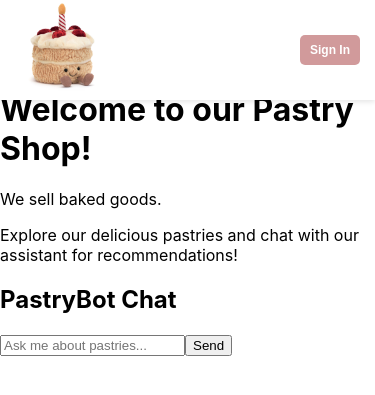
Repository: agrnerd17/Website-Chatbot
Page: / (app in pastry-chatbot/)
The author's editor kept a copy of each file at every save. The page is drawn from the files as they stood at one save, then again after the next save.
The browser window is 375 px wide. The pictures show the whole page.
The project was rebuilt for these pictures with package versions that can differ from the ones it lists, and the page was loaded fresh each time. Also part of the build but not shown: pastry-chatbot/src/styles/Chatbot.css.

Above is the page before, as saved 2024-12-08 14:27:32.

After the next save:
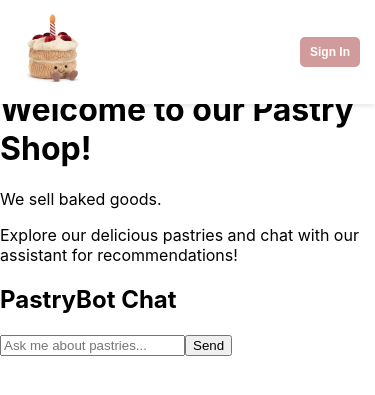
Saved 2 min 55 s later.
--- a/pastry-chatbot/src/styles/Navbar.css
+++ b/pastry-chatbot/src/styles/Navbar.css
@@ -1,6 +1,6 @@
 /* Navbar container */
 .navbar {
-    height: 100px;
+    min-height: 100px; /* Allow flexibility for taller logos */
     display: flex;
     justify-content: space-between;
     align-items: center;
@@ -13,43 +13,45 @@
     z-index: 1000;
     box-sizing: border-box;
     overflow: hidden;
-  }
+}
 
-  /* Logo styling */
-  .navbar-logo img {
+/* Logo styling */
+.navbar-logo img {
     height: 80px;
     width: auto;
-  }
+    max-height: 100%; /* Prevent the logo from exceeding the navbar height */
+    object-fit: contain; /* Ensure the logo scales correctly */
+}
 
-  /* Menu styling */
-  .navbar-menu {
+/* Menu styling */
+.navbar-menu {
     display: flex;
     gap: 30px;
     list-style: none;
     margin: 0;
     padding: 0;
-  }
+}
 
-  .navbar-menu li {
+.navbar-menu li {
     font-size: 16px;
     font-weight: 600;
     color: #333333;
     cursor: pointer;
     transition: color 0.3s;
-  }
+}
 
-  .navbar-menu li:hover {
+.navbar-menu li:hover {
     color: #d19a9b; /* Light pink color */
-  }
+}
 
-  /* Right action (e.g., button or icon) */
-  .navbar-right {
+/* Right action (e.g., button or icon) */
+.navbar-right {
     display: flex;
     align-items: center;
     gap: 20px;
-  }
+}
 
-  .navbar-button {
+.navbar-button {
     background-color: #d19a9b; /* Light pink color */
     color: #ffffff;
     border: none;
@@ -60,36 +62,36 @@
     cursor: pointer;
     transition: background-color 0.3s;
     white-space: nowrap; /* Prevent text wrap */
-  }
+}
 
-  .navbar-button:hover {
+.navbar-button:hover {
     background-color: #c08888; /* Slightly darker pink */
-  }
+}
 
-  /* Media query for responsiveness */
-  @media (max-width: 768px) {
+/* Media query for responsiveness */
+@media (max-width: 768px) {
     .navbar-menu {
-      display: none; /* Hide menu on smaller screens */
+        display: none; /* Hide menu on smaller screens */
     }
 
     .navbar-right {
-      gap: 10px;
+        gap: 10px;
     }
 
     .navbar {
-      padding: 10px 15px; /* Reduce padding on smaller screens */
+        padding: 10px 15px; /* Reduce padding on smaller screens */
     }
-  }
+}
 
-  @media (max-width: 480px) {
+@media (max-width: 480px) {
     .navbar-button {
-      font-size: 12px;
-      padding: 8px 10px; /* Smaller button for small screens */
+        font-size: 12px;
+        padding: 8px 10px; /* Smaller button for small screens */
     }
 
     .navbar-logo img {
-      height: 100px; /* Resize logo */
-      width: auto;
-      max-height: 150px;
+        height: 80px; /* Resize logo */
+        max-height: 80px;
+        object-fit: contain; /* Scale the image */
     }
-  }
+}
